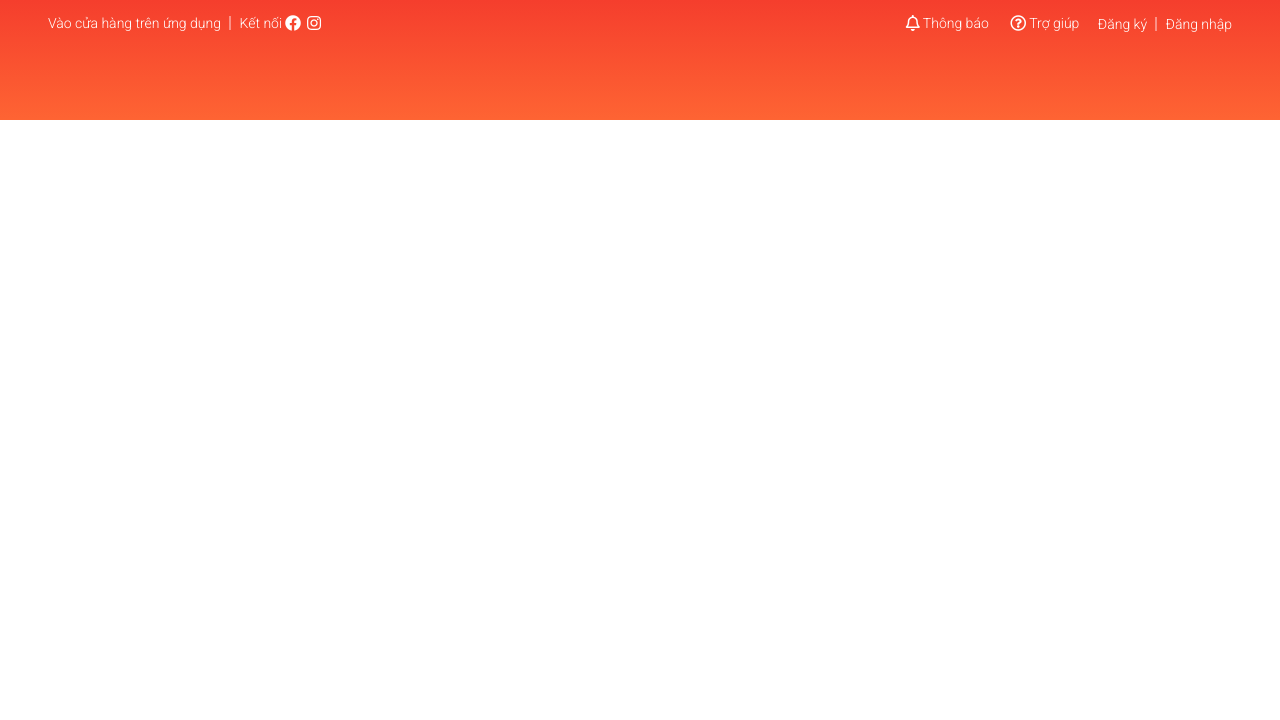
Repository: kebinh1235/Shopee-Demo
Page: index.html
These files come from the project's save history. The page is drawn as it stood at one moment and after the next save; the edit follows.
The browser window is 1280 px wide. The pictures show the whole page.

Above is the page before, as saved 2021-10-01 21:35:45.

### index.html
<!DOCTYPE html>
<html lang="en">
<head>
  <meta charset="UTF-8">
  <meta http-equiv="X-UA-Compatible" content="IE=edge">
  <meta name="viewport" content="width=device-width, initial-scale=1.0">
  <title>F8 Shop</title>
  <link rel="stylesheet" href="./asset/css/main.css">
  <link rel="stylesheet" href="./asset/css/base.css">
  <link rel="stylesheet" href="https://cdnjs.cloudflare.com/ajax/libs/font-awesome/5.15.4/css/all.min.css">
</head>
<body>
  <div class="app">
    <header class="header">
      <div class="grid">
        <nav class="header__navbar">
          <ul class="header__navbar-list">
            <li class="header__navbar-item header__item-separator">
              Vào cửa hàng trên ứng dụng
              <div class="header__navbar-QRCode">
                  <div class="header__navbar-QRCode-img">
                    <img src="https://upload.wikimedia.org/wikipedia/commons/thumb/d/d0/QR_code_for_mobile_English_Wikipedia.svg/1200px-QR_code_for_mobile_English_Wikipedia.svg.png" alt="">
                  </div>
                  <div class="header__navbar-QRCode-social">
                    <a class="header__navbar-QRCode-link" href="#">
                      <i class="fab fa-google header__navbar-QRCode-icon-google"></i>
                      <span class="header__navbar-QRCode-title-google">Google</span>
                    </a>
                    <a class="header__navbar-QRCode-link" href="#">
                      <i class="fab fa-facebook header__navbar-QRCode-icon-facebook"></i>
                      <span class="header__navbar-QRCode-title-facebook">Facebook</span>
                    </a>
                  </div>
              </div>
            </li>
            <li class="header__navbar-item">
              <span class="user__select-none">Kết nối</span>
              <a class="header__navbar-link-icon" href="#">
                <i class="fab fa-facebook header__navbar-icon"></i>
              </a>
              <a class="header__navbar-link-icon" href="#">
                <i class="fab fa-instagram header__navbar-icon"></i>
              </a>
            </li>
          </ul>
          <ul class="header__navbar-list">
            <li class="header__navbar-item">
              <a href="#" class="header__navbar-link">
                <i class="far fa-bell header__navbar-icon"></i>
                Thông báo
              </a>
              <div class="header__navbar-notification">
                  <div class="header__navbar-noti-heading">
                    <h3>Thông báo nhận hàng</h3>
                  </div>
                  <ul class="header__navbar-noti-list">
                    <li class="header__navbar-noti-list-item header__navbar-noti-list-viewd">
                        <a class="header__navbar-noti-list-link" href="#">
                          <img src="https://www.oberlo.com/media/1603958036-new-products.jpg" alt="">
                          <div class="header_navbar-noti-content">
                            <span class="header_navbar-noti-name">Xác thực chính hãng nguồn gốc các sản phẩm Ohui</span>
                            <span class="header_navbar-noti-description">Xác thực chính hãng nguồn gốc các sản phẩm Ohui</span>
                          </div>
                        </a>
                     </li>
                     <li class="header__navbar-noti-list-item header__navbar-noti-list-viewd">
                      <a class="header__navbar-noti-list-link" href="#">
                        <img src="https://www.oberlo.com/media/1603958036-new-products.jpg" alt="">
                        <div class="header_navbar-noti-content">
                          <span class="header_navbar-noti-name">Xác thực chính hãng nguồn gốc các sản phẩm Ohui</span>
                          <span class="header_navbar-noti-description">Xác thực chính hãng nguồn gốc các sản phẩm Ohui</span>
                        </div>
                      </a>
                   </li>
                   <li class="header__navbar-noti-list-item">
                    <a class="header__navbar-noti-list-link" href="#">
                      <img src="https://www.oberlo.com/media/1603958036-new-products.jpg" alt="">
                      <div class="header_navbar-noti-content">
                        <span class="header_navbar-noti-name">Xác thực chính hãng nguồn gốc các sản phẩm Ohui</span>
                        <span class="header_navbar-noti-description">Xác thực chính hãng nguồn gốc các sản phẩm Ohui</span>
                      </div>
                    </a>
                 </li>
                  </ul>
                  <div class="header__navbar-noti-footer">
                      <a class="header__navbar-noti-footer-link" href="#">Xem tất cả</a>
                  </div>
              </div>
            </li>
            <li class="header__navbar-item">
              <a href="#" class="header__navbar-link">
                <i class="far fa-question-circle header__navbar-icon"></i>
                Trợ giúp
              </a>
            </li>
            <li class="header__navbar-item">
              <a href="#" class="header__navbar-link header__item-bold header__item-separator">Đăng ký</a>
            </li>
            <li class="header__navbar-item">
              <a href="#" class="header__navbar-link header__item-bold">Đăng nhập</a>
            </li>
          </ul>
        </nav>
      </div>
    </header>

    <div class="container">

    </div>

    <div class="footer">

    </div>
    <!--Modal-->
    <div class="modal">
      <div class="modal__overlay"></div>
      <div class="modal__body">
        <div class="modal__inner">
          <div class="auth__form">
            <div class="auth__form-heading">

            </div>
            <div class="auth__form-form">
              <div class="auth__form-group">

              </div>
            </div>
            <div class="auth__form-note">

            </div>
            <div class="auth__form-controls">

            </div>
            <div class="auth__form-social">

            </div>
          </div>
        </div>
      </div>
    </div>
  </div>
</body>
</html>

### asset/css/main.css
.header {
  height: 120px;
  background: linear-gradient(0, #fe6433, #f53e2d)
}
.header__navbar {
  display: flex;
  justify-content: space-between;
  padding: 10px 0;
}
.header__navbar-QRCode{
  background: white;
  height: 200px;
  position: absolute;
  top: 30px;
  padding: 10px;
  display: none;
  animation: fadeIn ease-out .8s;
}
.header__navbar-item:hover .header__navbar-QRCode {
  display: block;
}
.header__navbar-item:hover .header__navbar-notification {
  display: block;
}
.header__navbar-QRCode-img{
  width: 160px;
}
.header__navbar-QRCode-img img {
  width: 100%;
}
.header__navbar-QRCode-social {
  display: flex;
  align-items: center;
  justify-content: space-between;
}
.header__navbar-QRCode-social:before {
  content: '';
  position: absolute;
  top: -8px;
  left: 0;
  width: 100%;
  height: 10px;
  background: transparent;
}
.header__navbar-QRCode-link {
  font-size: 1.4rem;
  color: var(--text-color);
}
.header__navbar-QRCode-title-google:hover {
  color: #ff1100;
  transition: var(--transition-primary);
}
.header__navbar-QRCode-title-facebook:hover {
  color: blue;
  transition: var(--transition-primary);
}
.header__navbar-QRCode-icon-google {
  color: #ff1100;
}
.header__navbar-QRCode-icon-facebook {
  color: blue;
}
.header__navbar-list {
  list-style: none;
}
.header__navbar-item {
  margin: 0 8px;
  position: relative;
  min-height: 26px;
}
.header__item-separator::after {
  content: '';
  position: absolute;
  right: -10px;
  top: 50%;
  transform: translateY(-50%);
  height: 12px;
  border: 1px solid #FB9086;
}
.header__navbar-item,
.header__navbar-link {
  display: inline-block;
  font-size: 1.4rem;
  color: var(--white-color);
  text-decoration: none;
  font-weight: 300;
}
.header__navbar-item:hover,
.header__navbar-link:hover,
.header__navbar-link-icon:hover {
  cursor: pointer;
  color: rgba(255, 255, 255, 0.7);
}
.header__navbar-item,
.header__navbar-link,
.header__navbar-link-icon {
  display: inline-flex;
  align-items: center;
}
.header__navbar-link-icon {
  color: var(--white-color);
}
.header__navbar-icon {
  font-size: 1.6rem;
  margin: 0 3px;
}
.header__item-bold {
  font-weight: 500;
}
.user__select-none {
  cursor: text;
  color: var(--white-color);
}
.header__navbar-notification{
  position: absolute;
  top: 35px;
  right: 0;
  width: 404px;
  background: var(--white-color);
  display: none;
  box-shadow: rgba(0, 0, 0, 0.16) 0px 1px 4px;
  animation: growthUp ease-in .3s;
  will-change: opacity, transform, scale;
  transform-origin: calc(100% - 20px) top;
}
.header__navbar-notification:before {
  content: "";
  position: absolute;
  top: -10px;
  right: 0;
  width: 100%;
  background: transparent;
  height: 15px;
}
.header__navbar-notification:after {
  content: "";
  position: absolute;
  top: -32px;
  right: 10px;
  border: 20px solid #000;
  border-color: transparent transparent var(--white-color) transparent;
}
.header__navbar-noti-heading{
  padding: 10px;
  box-shadow: rgba(0, 0, 0, 0.16) 0px 1px 4px;
  cursor: default;
}
.header__navbar-noti-heading h3 {
  font-size: 1.6rem;
  color: var(--text-color);
}
.header__navbar-noti-list{
  list-style: none;
  box-shadow: rgba(0, 0, 0, 0.16) 0px 1px 1px;
}
.header__navbar-noti-list-item{
  padding: 8px 10px;
}
.header__navbar-noti-list-viewd{
  background: #ffe3e3;
}
.header__navbar-noti-list-item:hover{
  background: #f3c8c8;
  transition: var(--transition-primary);
}
.header__navbar-noti-list-link{
  display: inline-flex;
  align-items: center;
}
.header__navbar-noti-list-link img{
  width: 60px;
  object-fit: contain;
}
.header_navbar-noti-content{
  padding-left: 10px;
}
.header_navbar-noti-name{
  font-size: 1.4rem;
  font-weight: bold;
  color: var(--text-color);
  margin-bottom: 5px;
  line-height: 2rem;
  text-align: justify;
  display: block;
}
.header_navbar-noti-description{
  font-size: 1.3rem;
  color: var(--text-color-rgb-black);
  display: block;
}
.header__navbar-noti-footer{
  padding: 10px;
  text-align: center;
  box-shadow: rgba(0, 0, 0, 10px) 0px 1px 1px;
}
.header__navbar-noti-footer-link{
  color: var(--text-color-rgb-black);
}

/*Start Modal*/
.modal{
  position: fixed 0 0 0 0;
}
.modal__overlay{
  position: absolute 0 0 0 0;
  background: rgba(0, 0, 0, 0.16);
}
.modal__body{

}
.modal__inner{

}
.auth__form{

}
.auth__form-heading{

}
.auth__form-form{

}
.auth__form-group{

}
.auth__form-note{

}
.auth__form-controls{

}
.auth__form-social{

}
/*End Modal*/

### asset/css/base.css
@import url('https://fonts.googleapis.com/css2?family=Roboto:wght@300&display=swap');
:root {
  --white-color: #fff;
  --black-color: #000;
  --text-color: #333;
  --text-color-rgb-black: rgba(0, 0, 0, 0.7);
  --transition-primary: all .2s linear;
}

* {
  margin: 0;
  padding: 0;
  box-sizing: inherit;
  text-decoration: none;
}

html {
  font-size: 62.5%;
  line-height: 1.6rem;
  border: none;
  outline: none;
  overflow: hidden;
  box-sizing: border-box;
  font-family: 'Roboto', sans-serif;
}

.grid {
  width: 1200px;
  max-width: 100%;
  margin: 0 auto;
}

.grid__full-width {
  width: 100%;
}

.grid__row {
  display: flex;
  flex-wrap: wrap;
}

/*Animation*/
@keyframes fadeIn {
  0% {
    opacity: 0;
  }
  100% {
    opacity: 1;
  }
}

@keyframes growthUp {
  0% {
    opacity: 0;
    transform: scale(0);
  }
  100% {
    opacity: 1;
    transform: scale(1);
  }
}

After the next save:
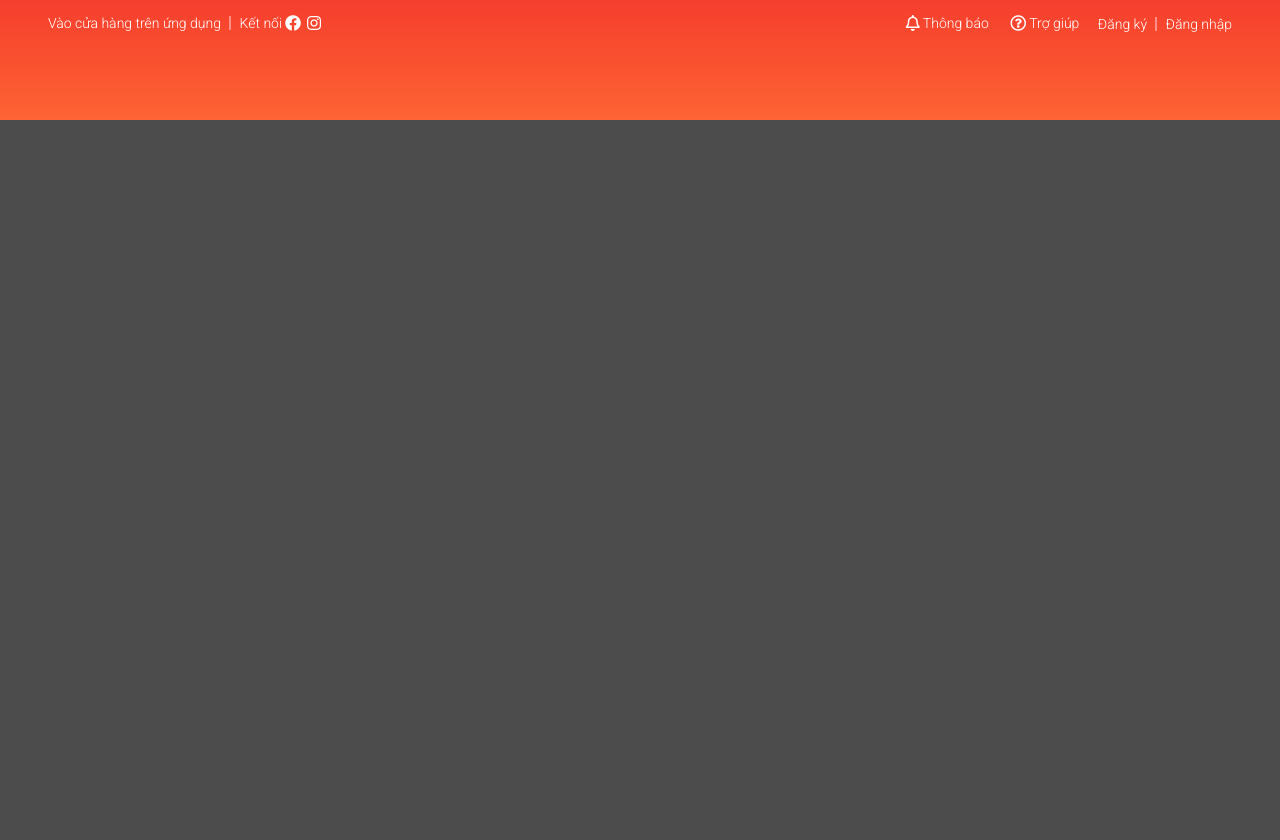
Saved 87 s later.
--- a/asset/css/main.css
+++ b/asset/css/main.css
@@ -202,8 +202,10 @@
   position: fixed 0 0 0 0;
 }
 .modal__overlay{
-  position: absolute 0 0 0 0;
-  background: rgba(0, 0, 0, 0.16);
+  position: absolute;
+  width: 100%;
+  height: 100%;
+  background: rgba(0, 0, 0, 0.7);
 }
 .modal__body{
 
